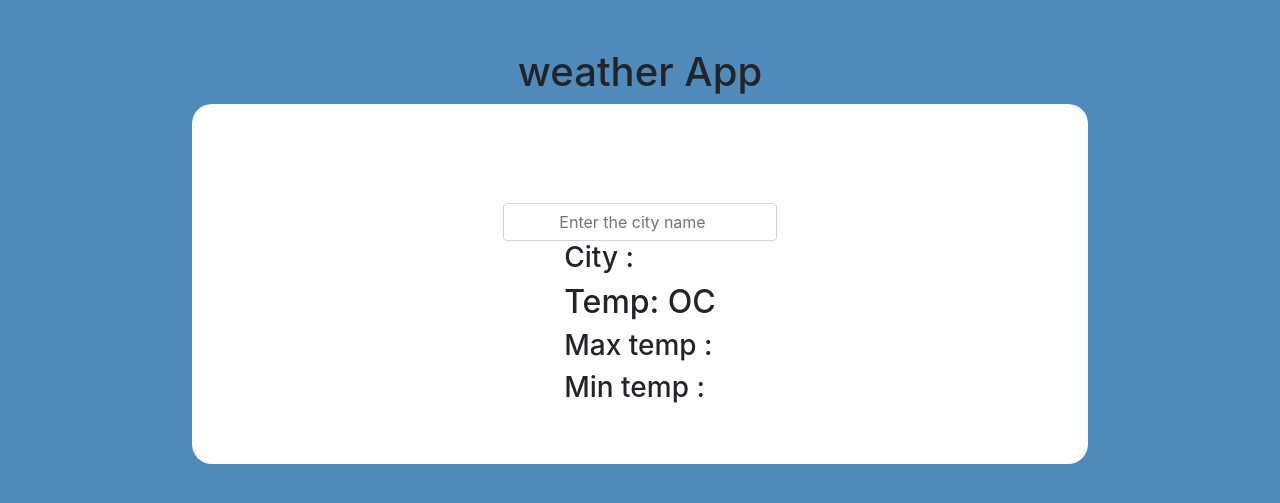
Repository: subhaDTECH/weather-app
Page: /
The author's editor kept a copy of each file at every save. The page is drawn from the files as they stood at one save, then again after the next save.
The browser window is 1280 px wide. The pictures show the whole page.
The page's requests for data from a server got no answer. The project was rebuilt for these pictures with package versions that can differ from the ones it lists, and the page was loaded fresh each time. No one was signed in, and anything a server would have sent is missing.

Above is the page before, as saved 2021-11-19 16:31:20.

### src/index.css
*{
  margin: 0;
  padding: 0;
  box-sizing: border-box;
}
.main_section{
  background-color: rgb(80, 139, 187);
  width: 100vw;
  height: 100vh;
}
body{
  background-color: rgb(80, 139, 187);
}
.weather-app{
 width :70vw;
 height:50vh;
  background-color:#fff;
  border-radius: 20px;
}
.center_div{
  display: grid;
  place-items: center;
}
/* @media (max-width:786){
  .weather-app{
    max-width: 400px;
    max-height: 400px;
    background-color:#fff;
    border-radius: 20px;
  }

} */

### src/App.js
import React,{useState,useEffect} from 'react';
import "../node_modules/bootstrap/dist/css/bootstrap.min.css";
import "./index.css";
const App=()=>{
  const[city,setCity]=useState([]);
  const [search,setSearch]=useState();
  useEffect(() => {

    const fetchApi=async()=>{

     const res=await fetch(`http://api.openweathermap.org/data/2.5/weather?q=${search}&units=metric&appid=b4769bbe9a42ca0e8de1f56e70704218`);
     const jsondata=await res.json();



     setCity(jsondata.main);
     console.log('city',city);



    }
    fetchApi();

  },[search])


  return (
    <>
    <div className="container-fluid  main_section">
      <div className='row'>
        <div className="col-md-10 mx-auto center_div mt-5">
           <h1>weather App</h1>
         <div className="weather-app d-flex justify-content-center align-items-center flex-column">
           <div className="input_box mt-5 text-center d-inline d-flex justify-content-center align-items-center">
           <input autoComplete="off"
           placeholder="Enter the cit name..."
           value={search} onChange={(event)=>{setSearch(event.target.value)}} className="form-control me-2 text-center" type="search" placeholder="Enter the city name" aria-label="Search"/>


            <div>

            </div>


           </div>
           {city ? (<div className="info_box">
               <h3>City :{search}</h3>
              <h2>Temp:{city?.temp} OC</h2>
               <h3>Max temp :{city?.temp_max}</h3>
               <h3>Min temp :{city?.temp_min}</h3>

           </div>):(
            <div className="info_box">
               <h3>City not found</h3>


           </div>

           )}




         </div>


        </div>

    </div>

    </div>

    </>
  )
}
export default App;

Loaded but not shown: public/index.html (common file); src/index.js (common file)

After the next save:
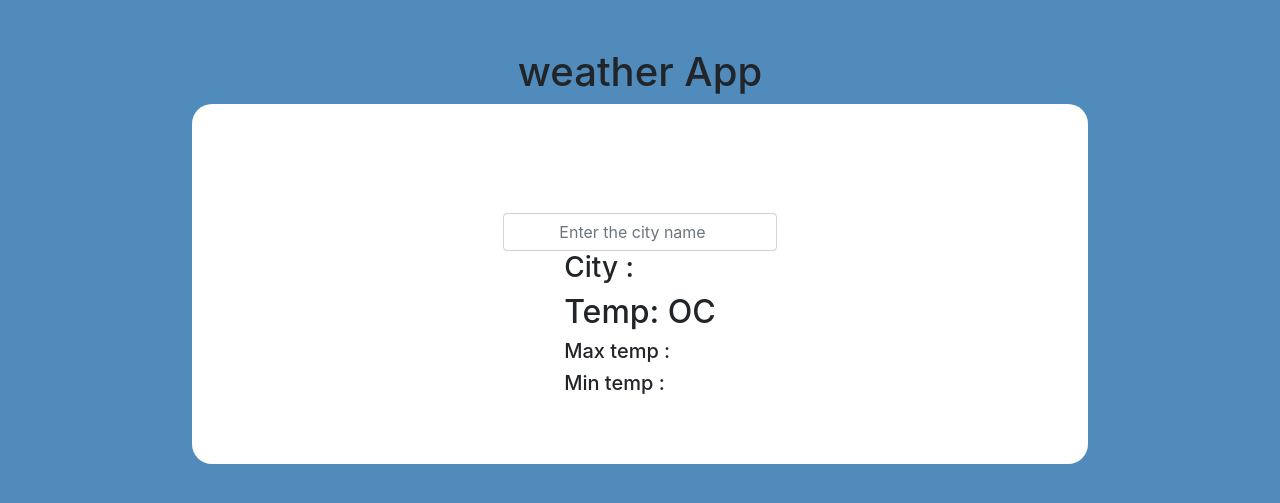
Saved 16 s later.
--- a/src/App.js
+++ b/src/App.js
@@ -46,8 +46,8 @@ const App=()=>{
            {city ? (<div className="info_box">
                <h3>City :{search}</h3>
               <h2>Temp:{city?.temp} OC</h2>
-               <h3>Max temp :{city?.temp_max}</h3>
-               <h3>Min temp :{city?.temp_min}</h3>
+               <h5>Max temp :{city?.temp_max}</h5>
+               <h5>Min temp :{city?.temp_min}</h5>
 
            </div>):(
             <div className="info_box">
